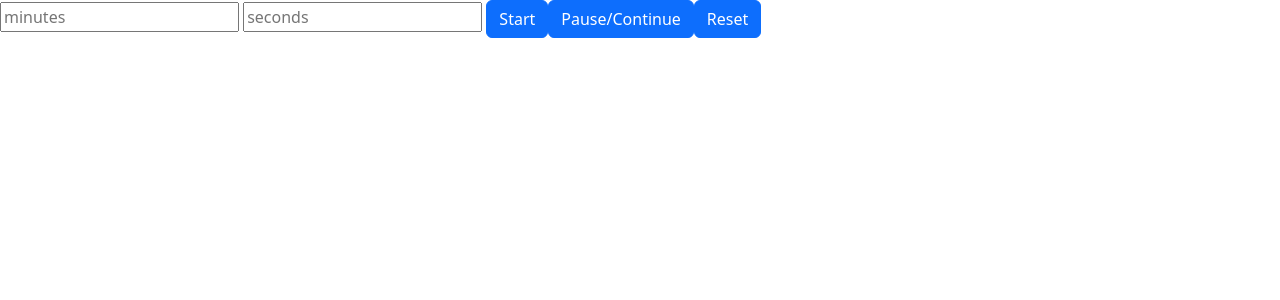
Repository: maheshdama13/reactjs-count-down
Page: /
These files come from the project's save history. The page is drawn as it stood at one moment and after the next save; the edit follows.
The browser window is 1280 px wide. The pictures show the whole page.
The project was rebuilt for these pictures with package versions that can differ from the ones it lists, and the page was loaded fresh each time. Also part of the build but not shown: src/App.css.

Above is the page before, as saved 2022-07-01 01:32:05.

After the next save:
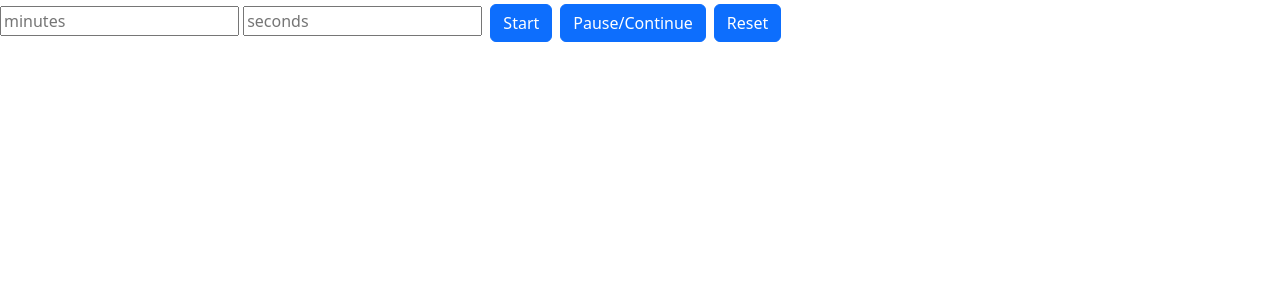
Saved 10 s later.
--- a/src/components/CountDown.js
+++ b/src/components/CountDown.js
@@ -5,9 +5,9 @@
     <div>
       <input type="text" placeholder='minutes' />&nbsp;
       <input type="text" placeholder='seconds' />&nbsp;
-      <button className='btn btn-primary mr-2'>Start</button>
-      <button className='btn btn-primary mr-2'>Pause/Continue</button>
-      <button className='btn btn-primary mr-2'>Reset</button>
+      <button className='btn btn-primary m-1'>Start</button>
+      <button className='btn btn-primary m-1'>Pause/Continue</button>
+      <button className='btn btn-primary m-1'>Reset</button>
     </div>
   )
 }
